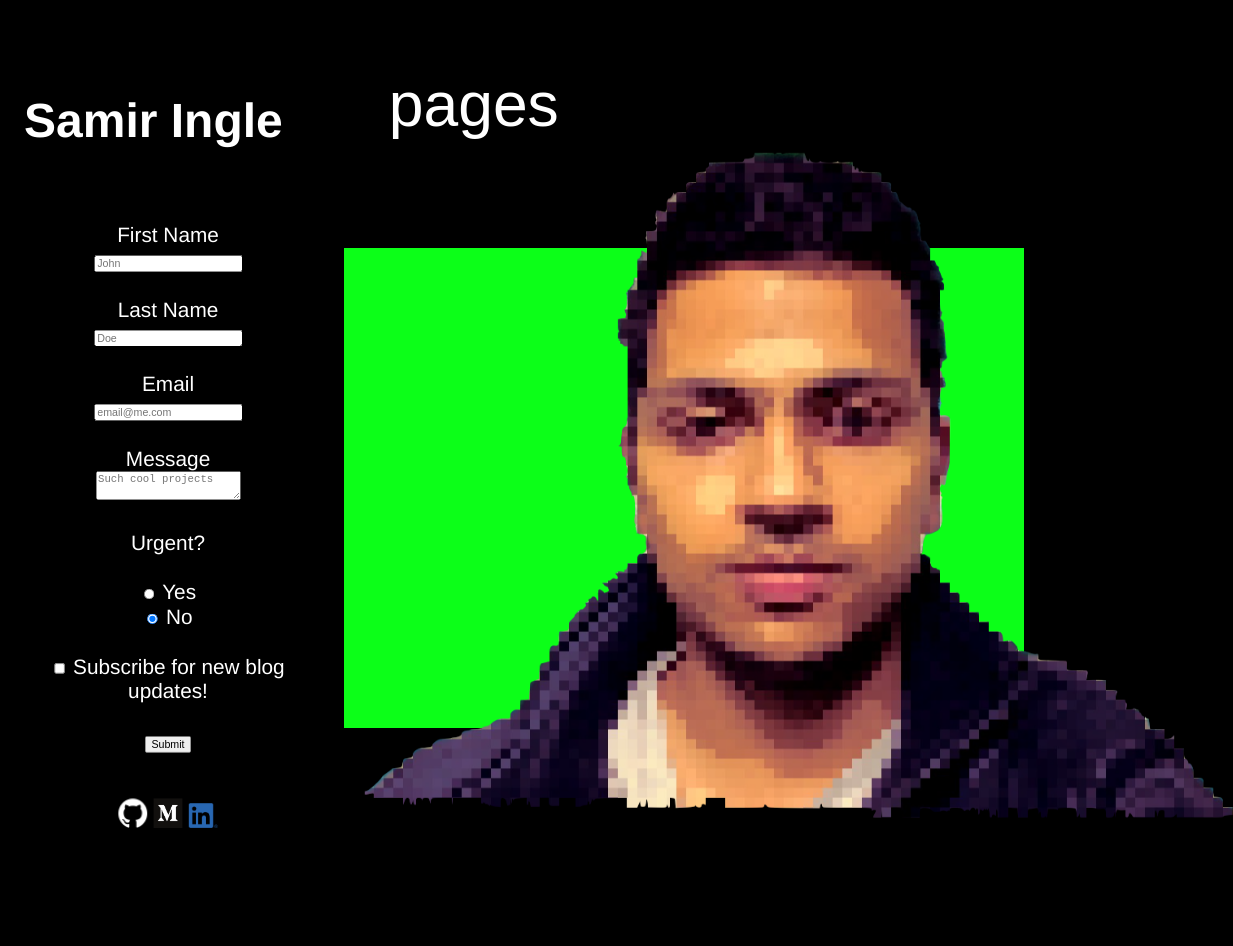
Repository: SamirIngley/html-semantic
Page: templates/contact.html
An editor plug-in stored every save of this project. The page is shown before and after the next save, followed by the edit.
The browser window is 1280 px wide. The page is 1541 px wide, so the pictures cover 1541 px, including what lies to the right of the window. The pictures show the whole page, at 80% of full size.

Above is the page before, as saved 2020-02-06 12:02:55.

After the next save:
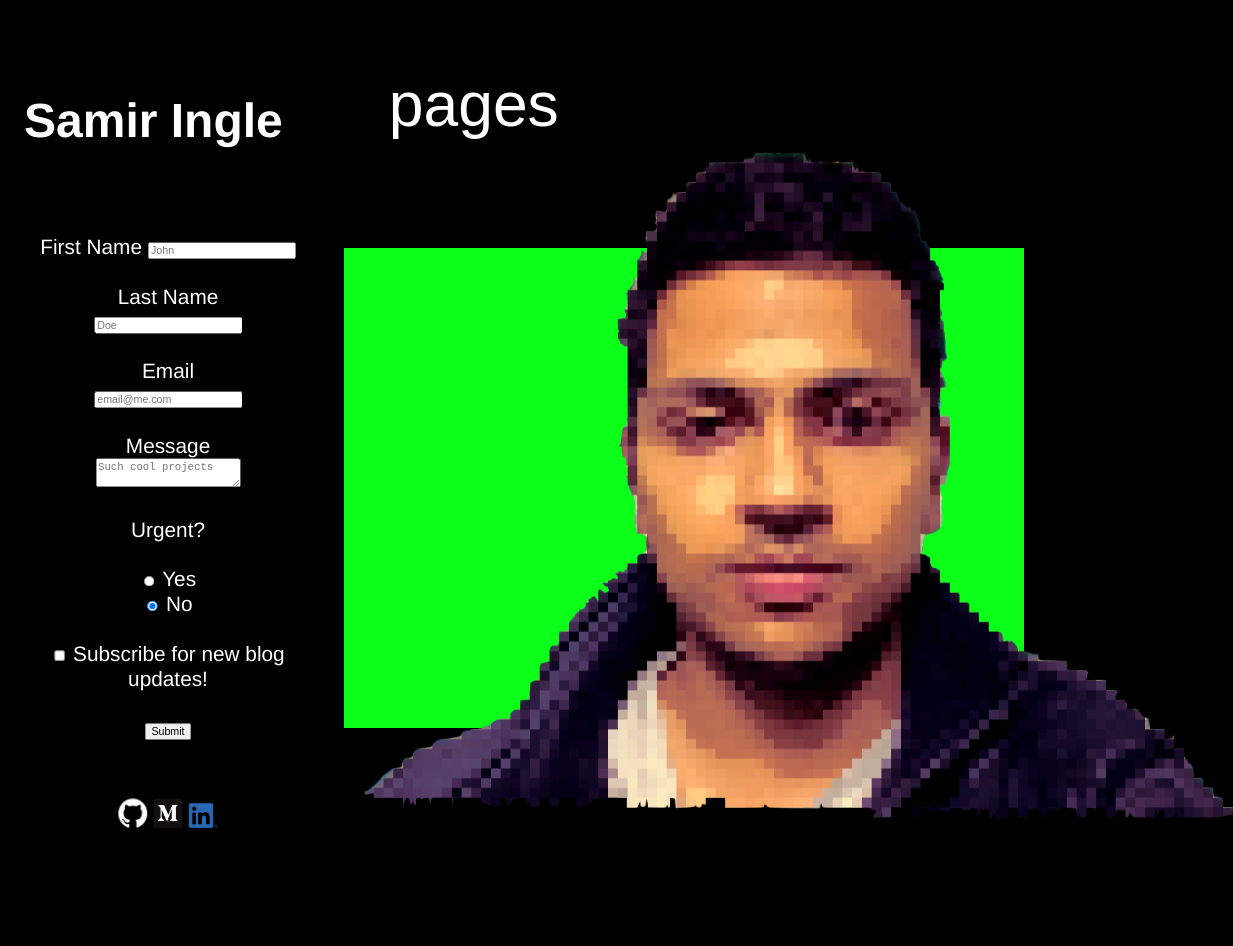
Saved 39 s later.
--- a/templates/contact.html
+++ b/templates/contact.html
@@ -44,7 +44,7 @@
             <center>
             <form action="process.php" method="POST">
             <div>
-                <label>First Name</label><br>
+                <label>First Name</label>
                 <input type="text" name="firstName" placeholder="John">
             </div>
             <br>
